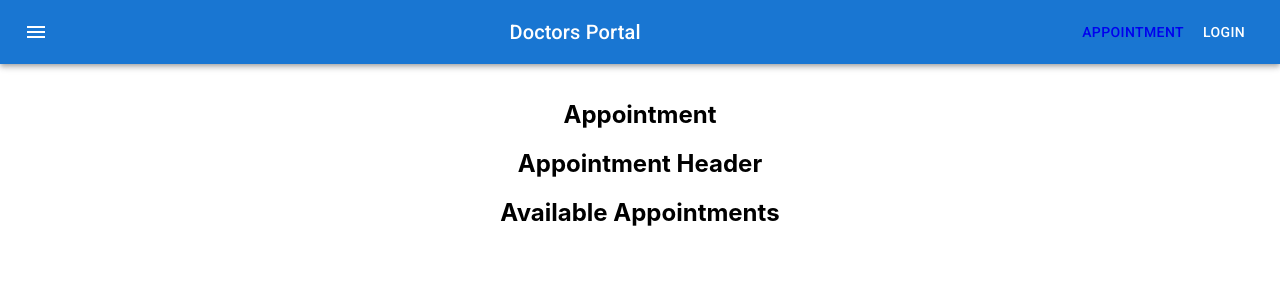
Repository: Sharif-00112/doctors-portal-client
Page: /appointment
The author's editor kept a copy of each file at every save. The page is drawn from the files as they stood at one save, then again after the next save.
The browser window is 1280 px wide. The pictures show the whole page.
The project was rebuilt for these pictures with package versions that can differ from the ones it lists, and the page was loaded fresh each time. Also part of the build but not shown: src/Pages/Home/AppointmentBanner/AppointmentBanner.js, src/Pages/Home/Banner/Banner.js, src/Pages/Home/Service/Service.js, src/Pages/Home/Services/Services.js, src/Pages/Home/Home/Home.js.

Above is the page before, as saved 2022-11-02 11:40:56.

### public/index.html
<!DOCTYPE html>
<html lang="en">
  <head>
    <meta charset="utf-8" />
    <link rel="icon" href="%PUBLIC_URL%/favicon.ico" />
    <meta name="viewport" content="width=device-width, initial-scale=1" />
    <meta name="theme-color" content="#000000" />
    <meta
      name="description"
      content="Web site created using create-react-app"
    />
    <link
      rel="stylesheet" href="https://fonts.googleapis.com/css?family=Roboto:300,400,500,700&display=swap"
    />

    <link rel="apple-touch-icon" href="%PUBLIC_URL%/logo192.png" />
    <!--
      manifest.json provides metadata used when your web app is installed on a
      user's mobile device or desktop. See https://developers.google.com/web/fundamentals/web-app-manifest/
    -->
    <link rel="manifest" href="%PUBLIC_URL%/manifest.json" />
    <!--
      Notice the use of %PUBLIC_URL% in the tags above.
      It will be replaced with the URL of the `public` folder during the build.
      Only files inside the `public` folder can be referenced from the HTML.

      Unlike "/favicon.ico" or "favicon.ico", "%PUBLIC_URL%/favicon.ico" will
      work correctly both with client-side routing and a non-root public URL.
      Learn how to configure a non-root public URL by running `npm run build`.
    -->
    <title>React App</title>
  </head>
  <body>
    <noscript>You need to enable JavaScript to run this app.</noscript>
    <div id="root"></div>
    <!--
      This HTML file is a template.
      If you open it directly in the browser, you will see an empty page.

      You can add webfonts, meta tags, or analytics to this file.
      The build step will place the bundled scripts into the <body> tag.

      To begin the development, run `npm start` or `yarn start`.
      To create a production bundle, use `npm run build` or `yarn build`.
    -->
  </body>
</html>

### src/App.js
import './App.css';
import { BrowserRouter as Router, Route, Routes} from 'react-router-dom';
import Home from './Pages/Home/Home/Home';
import Appointment from './Pages/Appointment/Appointment/Appointment';

function App() {
  return (
    <div className="App">
      <Router>
        {/* <Header></Header> */}
        <Routes>
          <Route exact path = '/' element={<Home/>}/>
          <Route exact path = '/home' element={<Home/>}/>
          <Route exact path = '/appointment' element={<Appointment/>}/>
          <Route exact path = '*' element={<Home/>}/>
        </Routes>
        {/* <Footer></Footer> */}
      </Router>
    </div>
  );
}

export default App;

### src/Pages/Appointment/Appointment/Appointment.js
import React from 'react';
import Navigation from '../../Shared/Navigation/Navigation';
import AppointmentHeader from '../AppointmentHeader/AppointmentHeader';
import AvailableAppointments from '../AvailableAppointments/AvailableAppointments';

const Appointment = () => {
    return (
        <div>
            <Navigation></Navigation>
            <h2>Appointment</h2>
            <AppointmentHeader></AppointmentHeader>
            <AvailableAppointments></AvailableAppointments>
        </div>
    );
};

export default Appointment;

### src/Pages/Shared/Navigation/Navigation.js
import React from 'react';
import AppBar from '@mui/material/AppBar';
import Box from '@mui/material/Box';
import Toolbar from '@mui/material/Toolbar';
import Typography from '@mui/material/Typography';
import Button from '@mui/material/Button';
import IconButton from '@mui/material/IconButton';
import MenuIcon from '@mui/icons-material/Menu';
import { Link } from 'react-router-dom';

const Navigation = () => {
    return (
        <div>
            <Box sx={{ flexGrow: 1, pb:2 }}>
                <AppBar position="static">
                    <Toolbar>
                        <IconButton
                            size="large"
                            edge="start"
                            color="inherit"
                            aria-label="menu"
                            sx={{ mr: 2 }}
                        >
                            <MenuIcon />
                        </IconButton>
                        <Typography variant="h6" component="div" sx={{ flexGrow: 1 }}>
                            Doctors Portal
                        </Typography>
                        <Link to = '/appointment'>
                            <Button color="inherit">Appointment</Button>
                        </Link>
                        <Button color="inherit">Login</Button>
                    </Toolbar>
                </AppBar>
            </Box>
        </div>
    );
};

export default Navigation;

### src/Pages/Appointment/AppointmentHeader/AppointmentHeader.js
import React from 'react';

const AppointmentHeader = () => {
    return (
        <div>
            <h2>Appointment Header</h2>
        </div>
    );
};

export default AppointmentHeader;

### src/Pages/Appointment/AvailableAppointments/AvailableAppointments.js
import React from 'react';

const AvailableAppointments = () => {
    return (
        <div>
            <h2>Available Appointments</h2>
        </div>
    );
};

export default AvailableAppointments;

Loaded but not shown: src/index.js (common file); src/index.css (common file); src/reportWebVitals.js (common file); src/App.css (common file)

After the next save:
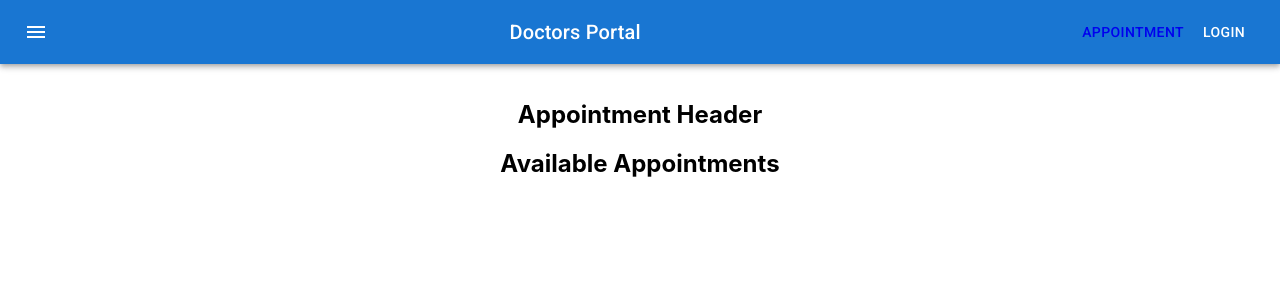
Saved 31 s later.
--- a/src/Pages/Appointment/Appointment/Appointment.js
+++ b/src/Pages/Appointment/Appointment/Appointment.js
@@ -7,7 +7,6 @@ const Appointment = () => {
     return (
         <div>
             <Navigation></Navigation>
-            <h2>Appointment</h2>
             <AppointmentHeader></AppointmentHeader>
             <AvailableAppointments></AvailableAppointments>
         </div>
